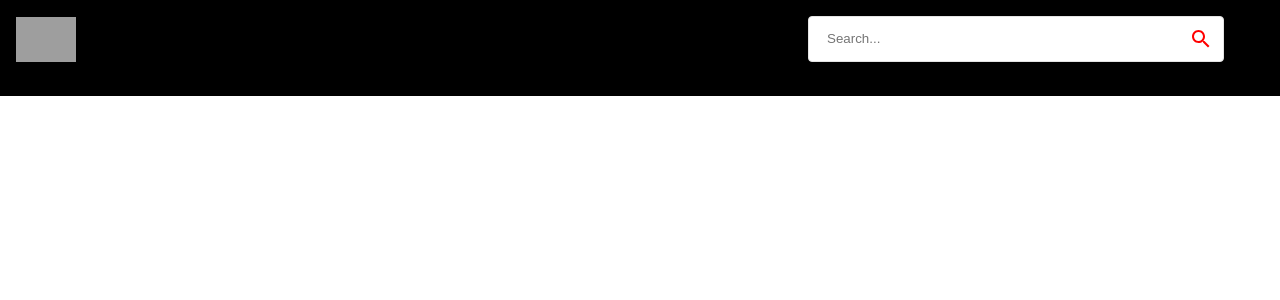
Repository: Ellisvelandia/YOUTUBE2
Page: /
An editor plug-in stored every save of this project. The page is shown before and after a run of saves, followed by the edit.
The browser window is 1280 px wide. The pictures show the whole page.
Pictures or frames that could not be fetched are drawn as grey boxes. The project was rebuilt for these pictures with package versions that can differ from the ones it lists, and the page was loaded fresh each time. Also part of the build but not shown: src/components/ChannelDetail.jsx, src/utils/constants.js, src/components/VideoDetail.jsx, src/components/SearchFeed.jsx.

Above is the page before, as saved 2022-08-26 16:46:06.

After the next 2 saves:
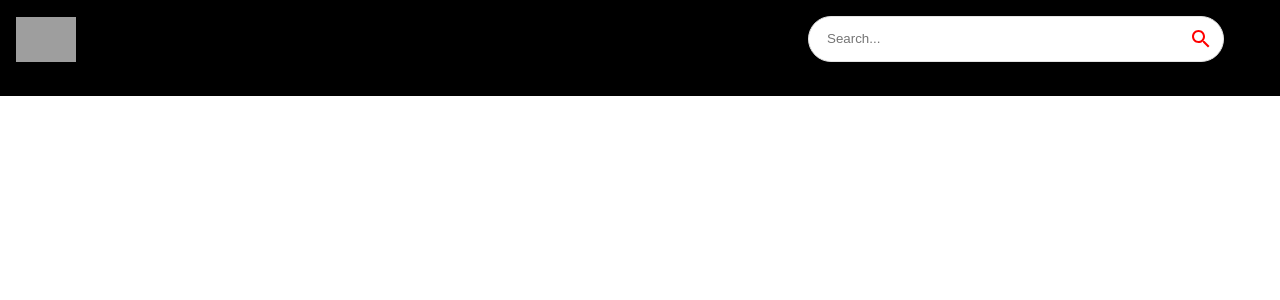
The 2 saves are shown as one change because they came seconds apart.
The last was saved 5 min 46 s later.
--- a/src/components/SearchBar.jsx
+++ b/src/components/SearchBar.jsx
@@ -9,7 +9,7 @@
       component="form"
       onSubmit={() => {}}
       sx={{
-        borderRaidus: 20,
+        borderRadius: 20,
         border: "1px solid #e3e3e3",
         pl: 2,
         boxShadow: "none",
